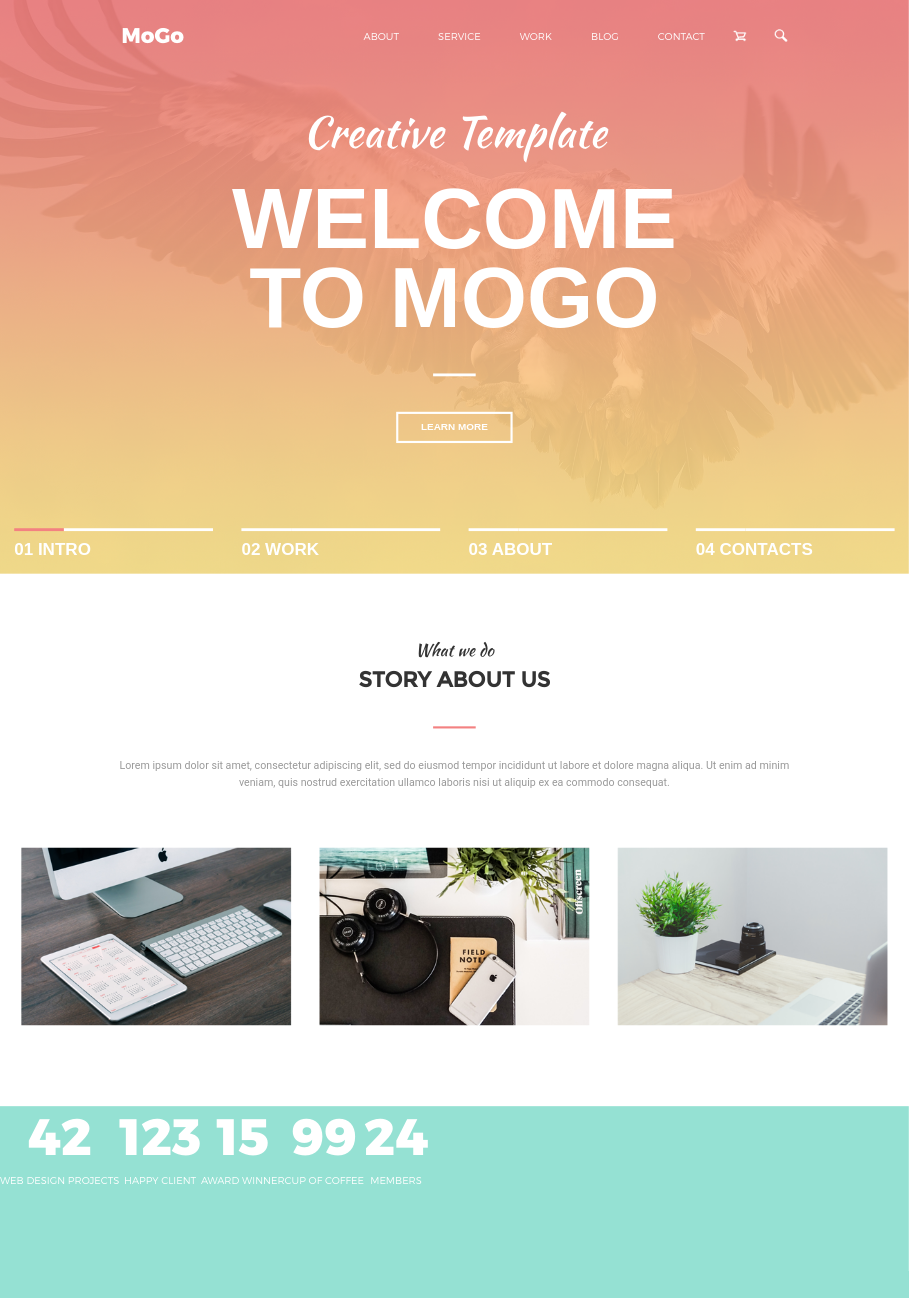
Repository: RaffiBarseghyan/mogo
Page: /
The author's editor kept a copy of each file at every save. The page is drawn from the files as they stood at one save, then again after the next save.
The browser window is 1280 px wide. The pictures show the whole page, at 71% of full size.
The project was rebuilt for these pictures with package versions that can differ from the ones it lists, and the page was loaded fresh each time.

Above is the page before, as saved 2023-05-11 17:53:14.

After the next save:
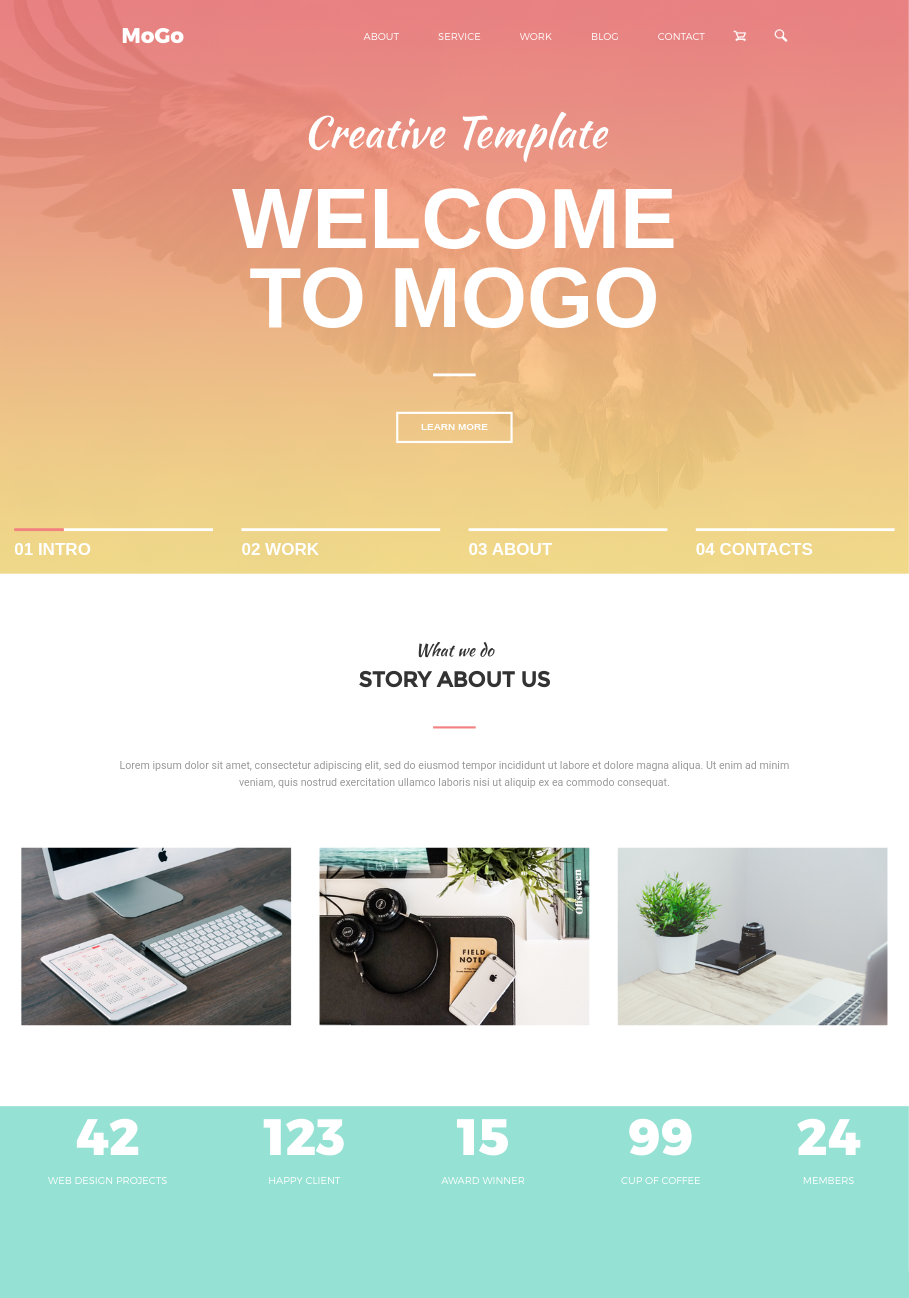
Saved 4 s later.
--- a/src/Pages/AboutUs/aboutUs.jsx
+++ b/src/Pages/AboutUs/aboutUs.jsx
@@ -37,7 +37,7 @@ function AboutUs() {
         </div>
       </div>
 
-      <div className={`${style.aboutUsFooter} d-flex justify-content-`}>
+      <div className={`${style.aboutUsFooter} d-flex justify-content-around`}>
         <div>
             <h2>42</h2>
             <p>Web Design Projects</p>
